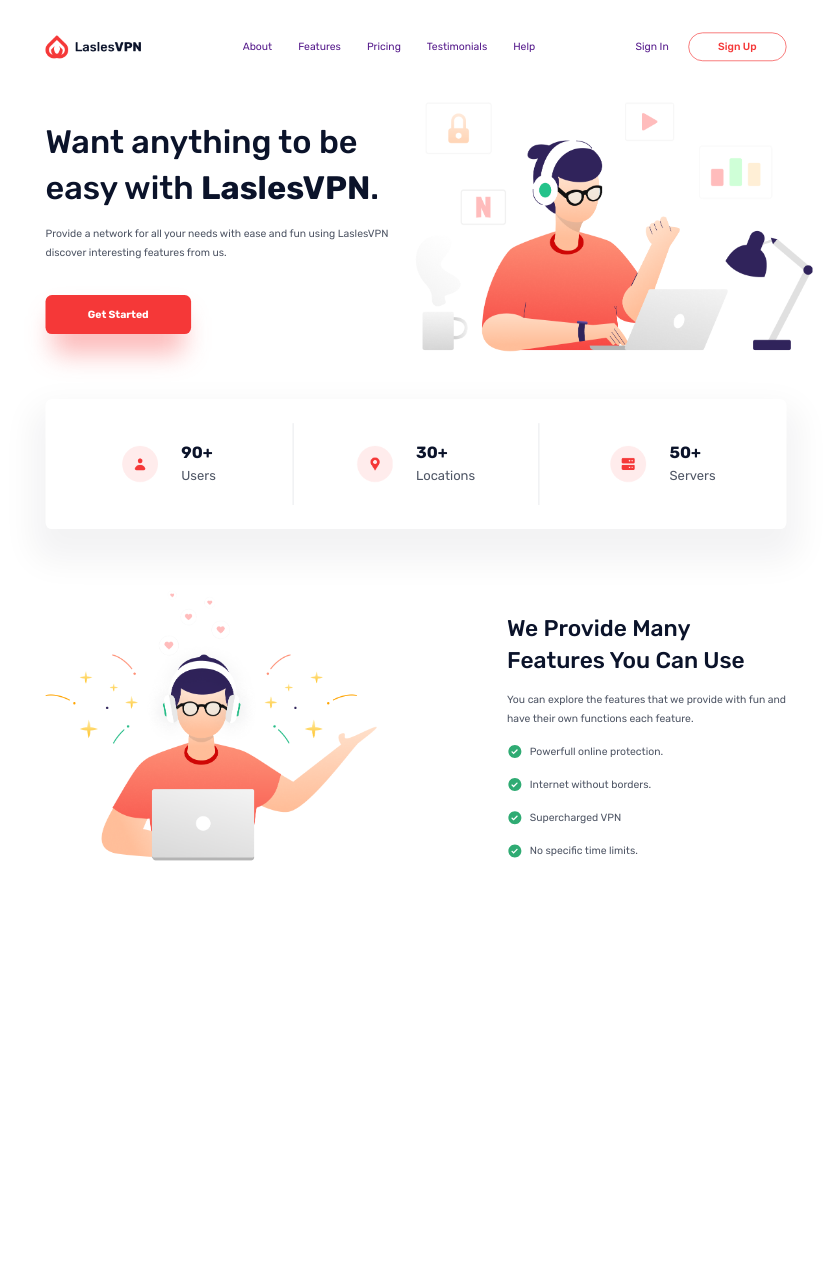
Repository: dangpham205/LaslesVPN-Landing-Page
Page: index.html
These files come from the project's save history. The page is drawn as it stood at one moment and after the next save; the edit follows.
The browser window is 1280 px wide. The pictures show the whole page, at 65% of full size.

Above is the page before, as saved 2022-07-20 11:20:15.

After the next save:
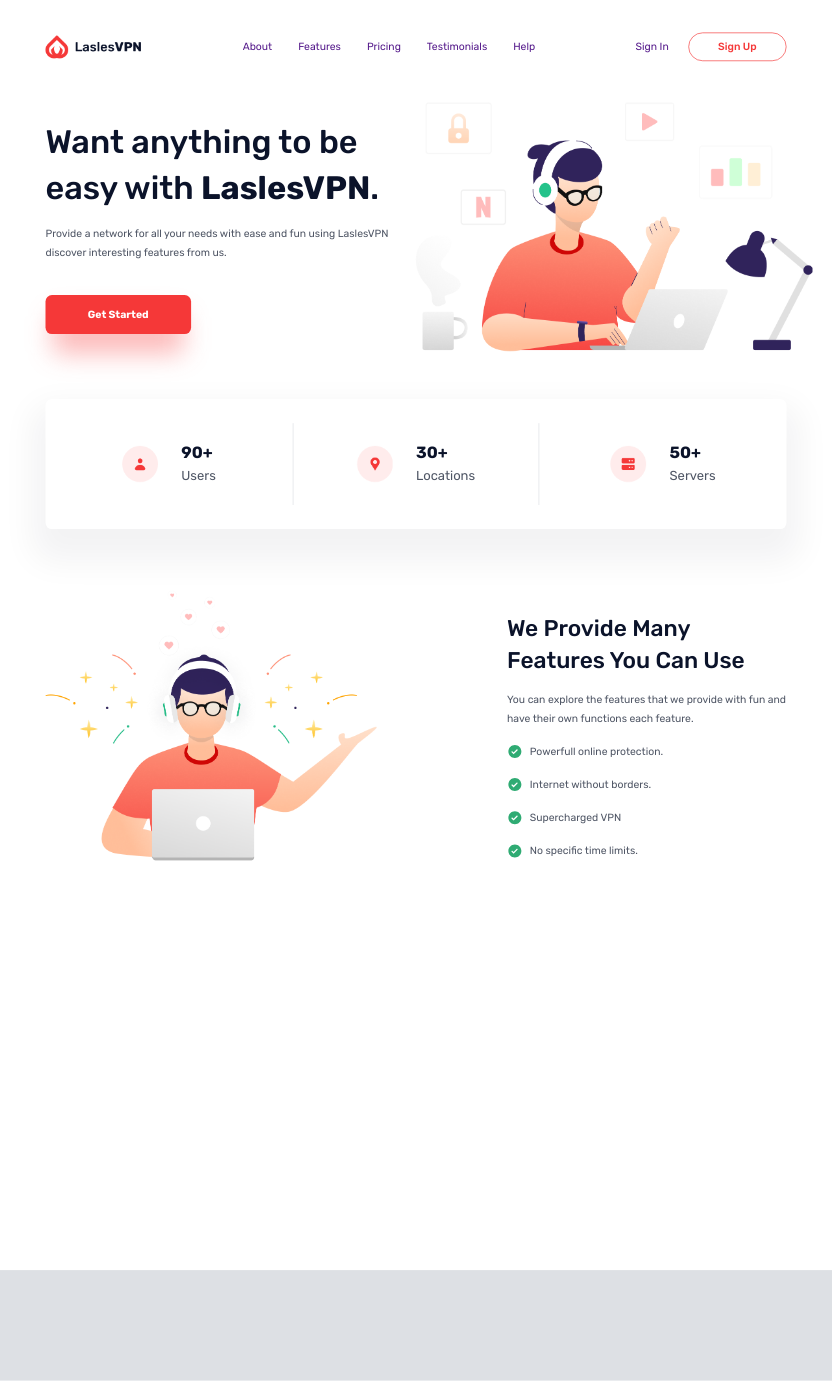
Saved 15 s later.
--- a/index.html
+++ b/index.html
@@ -138,6 +138,11 @@
             <div class="container" style="height: 500px;"></div>
         </main>
 
+
+        <footer>
+
+        </footer>
+
     </div>
 </body>
 </html>
